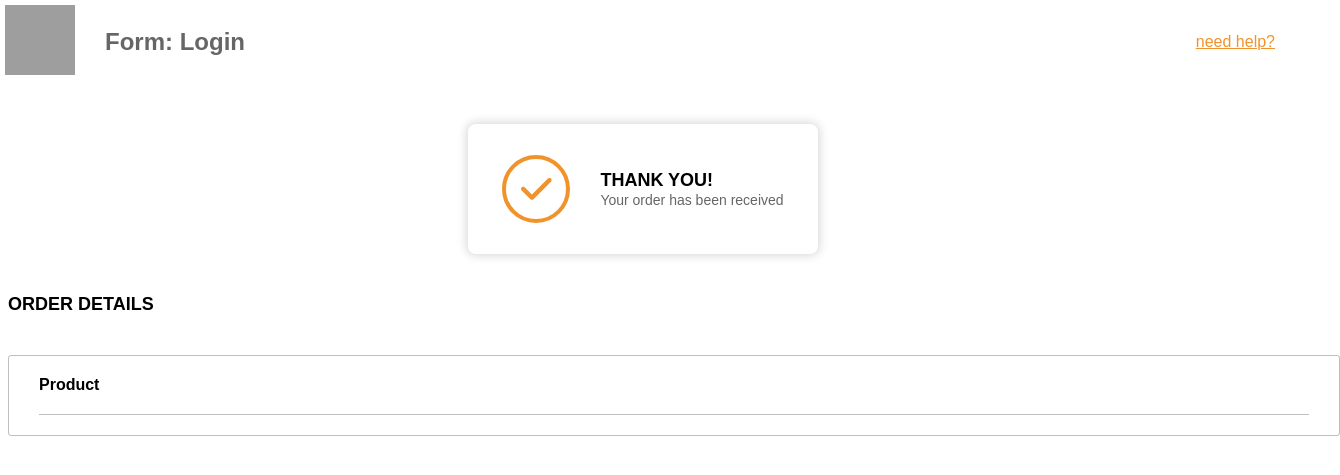
Repository: NguyenDucHung20002/project-homev1
Page: checkout/checkout.html
The author's editor kept a copy of each file at every save. The page is drawn from the files as they stood at one save, then again after the next save.
The browser window is 1280 px wide. The page is 1340 px wide, then 1287 px, so the pictures cover 1340 px, including what lies to the right of the window. The pictures show the whole page.
Pictures or frames that could not be fetched are drawn as grey boxes. The style sheet was rebuilt from its Sass, Less or Tailwind sources for each picture, by a compiler version that may differ from the author's.

Above is the page before, as saved 2022-09-20 10:12:55.

After the next save:
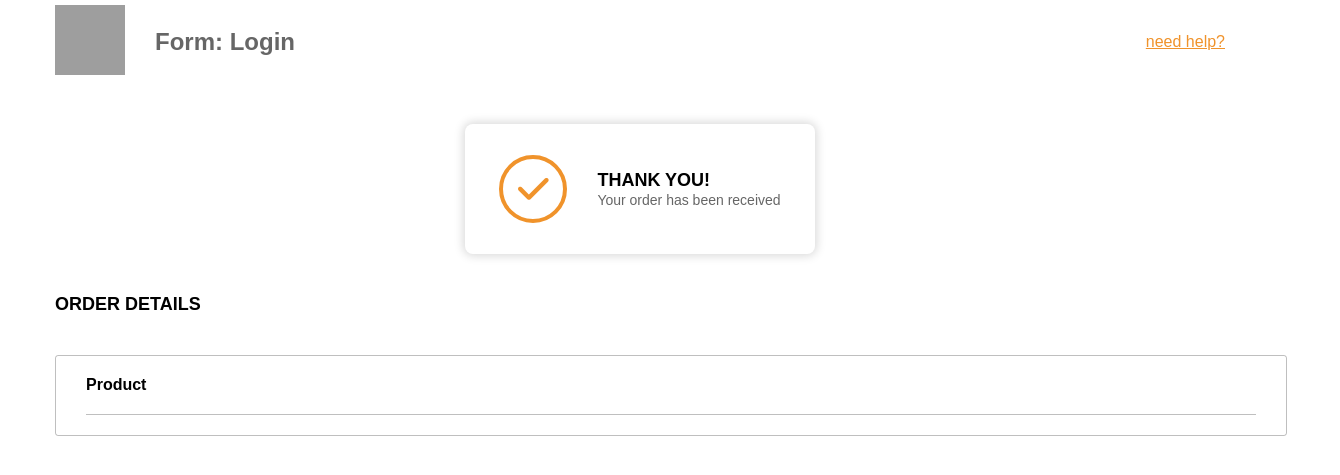
Saved 14 s later.
--- a/checkout/checkout.scss
+++ b/checkout/checkout.scss
@@ -6,7 +6,7 @@ body {
 }
 .container {
   margin: 0 auto;
-  width: 1270px;
+  width: 1170px;
 }
 header {
   width: 100%;
